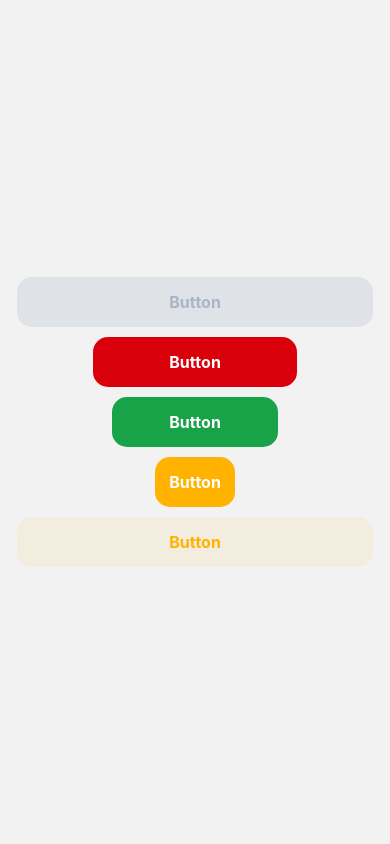
Repository: hungdomanh95/setuptheme
Screen: /
These files come from the project's save history. The screen is drawn as it stood at one moment and after the next save; the edit follows.
The app was drawn by React Native's web renderer in a window 390 px wide. The project was rebuilt for these pictures with package versions that can differ from the ones it lists, and the page was loaded fresh each time. Also part of the build but not shown: src/components/Fade/index.js, src/components/Slide/index.js.

Above is the screen before, as saved 2022-05-17 11:56:59.

### App.js
import {View, Text} from 'react-native';
import React from 'react';
import RootNavigation from './src/navigation/rootNavigation';

const App = () => {
  return <RootNavigation />;
};

export default App;

### src/navigation/rootNavigation.js
import React from 'react'
import {NavigationContainer} from '@react-navigation/native';
import {createNativeStackNavigator} from '@react-navigation/native-stack';
import {
  HomeScreen,
} from '../screens';
import { SafeAreaProvider } from 'react-native-safe-area-context';

const Stack = createNativeStackNavigator();
const RootNavigation = () => {
  const screenOptions = {
    headerTransparent: true,
    headerShown: false,
  };
  const stackOption = {
    headerShown: true,
    headerBackTitle: '',
    headerTitle: '',
  };
  return (
    <SafeAreaProvider>
      <NavigationContainer>
        <Stack.Navigator screenOptions={screenOptions}>
          <Stack.Screen name="HomeScreen" component={HomeScreen} />
        </Stack.Navigator>
      </NavigationContainer>
    </SafeAreaProvider>
  );
};

export default RootNavigation;

### src/screens/index.js
import HomeScreen from './HomeScreen';
export {HomeScreen};

### src/screens/HomeScreen/index.js
import {View, Text, StyleSheet} from 'react-native';
import React from 'react';
import {COLOR, shadows} from '../../theme';
import {RNButton} from '../../components';

const HomeScreen = () => {
const hanle = () => {
  console.log("---");
}
  return (
    <View style={styles.container}>
      <RNButton text="Button" type={'primary'} size={'fullsize'} onPress={hanle} disabled={true} />
      <RNButton text="Button" type={'danger'} size={'medium'} />
      <RNButton text="Button" type={'success'} size={'small'} />
      <RNButton text="Button" type={'warning'} size={80} />
      <RNButton text="Button" color={COLOR.neural8} colorText={COLOR.neural} />
    </View>
  );
};

export default HomeScreen;
const styles = StyleSheet.create({
  container: {
    flex: 1,
    justifyContent: 'center',
    alignItems: 'center',
  },
});

### src/theme/index.js
import {StyleSheet, Dimensions} from 'react-native';
const {width, height} = Dimensions.get('window');
const width_design = 375;
export const SIZE = {
  width,
  height,
  spacing: 16,
  icon: 24,
  btn1: (width * 343) / width_design,
  btn2: (width * 196) / width_design,
  btn3: (width * 160) / width_design,
};
export const COLOR = {
  primary: '#002665',
  primary80: "rgba(0, 38, 101, 0.8)",
  primary60: "rgba(0, 38, 101, 0.6)",
  primary40: "rgba(0, 38, 101, 0.4)",
  primary24: "rgba(0, 38, 101, 0.24)",
  primary16: "rgba(0, 38, 101, 0.16)",
  primary8: "rgba(0, 38, 101, 0.08)",
  primary4: "rgba(0, 38, 101, 0.04)",
  secondary: '#2567F9',
  secondary50: '#0077FF',
  secondary40: 'rgba(0, 119, 255, 0.4)',
  secondary24: 'rgba(0, 119, 255, 0.24)',
  secondary16: 'rgba(0, 119, 255, 0.16)',
  secondary8: 'rgba(0, 119, 255, 0.08)',
  white: '#FFFFFF',
  white64: 'rgba(255,255,255,0.64)',
  white40: 'rgba(255,255,255,0.4)',
  white24: 'rgba(255,255,255,0.24)',
  white16: 'rgba(255,255,255,0.16)',
  white8: 'rgba(255,255,255,0.08)',
  white4: 'rgba(255,255,255,0.04)',
  yellow: '#FDBE01',
  yellow80: 'rgba(253, 190, 1, 0.8)',
  yellow40: 'rgba(253, 190, 1, 0.4)',
  yellow16: 'rgba(253, 190, 1, 0.16)',
  red: '#DA000B',
  red80: 'rgba(227, 38, 46, 0.8)',
  red40: 'rgba(227, 38, 46, 0.4)',
  red16: 'rgba(227, 38, 46, 0.16)',
  gray: '#6D7E92',
  gray40: '#7689A2',
  gray24: '#B3BDCB',
  gray16: '#DADFE6',
  gray8: '#F9FAFD',
  green: '#18A348',
  green50: '#25C26E',
  green40: 'rgba(37, 194, 110, 0.4)',
  green24: 'rgba(37, 194, 110, 0.24)',
  neural: '#FFB200',
  neural80: 'rgba(255, 178, 0, 0.8)',
  neural40: 'rgba(255, 178, 0, 0.4)',
  neural24: 'rgba(255, 178, 0, 0.24)',
  neural16: 'rgba(255, 178, 0, 0.16)',
  neural8: 'rgba(255, 178, 0, 0.08)',
  orange: '#F44B02',
  orange80: 'rgba(244, 75, 2, 0.8)',
  orange40: 'rgba(244, 75, 2, 0.4)',
  orange8: '#FFECE3',
  infor: '#0289F4',
  infor80: 'rgba(2, 137, 244, 0.8)',
  infor40: 'rgba(2, 137, 244, 0.4)',
  infor10: 'rgba(2, 137, 244, 0.1)',
};
export const TEXT = StyleSheet.create({
  h1: {
    fontSize: 22,
    lineHeight: 33,
  },
  h2: {
    fontSize: 20,
    lineHeight: 30,
  },
  h3: {
    fontSize: 18,
    lineHeight: 27,
  },
  fz16: {
    fontSize: 16,
    lineHeight: 24,
  },
  fz14: {
    fontSize: 14,
    lineHeight: 21,
  },
  fz12: {
    fontSize: 12,
    lineHeight: 18,
  },
  fz10: {
    fontSize: 10,
    lineHeight: 15,
  },
  bold: {
    fontWeight: '700',
  },
  medium: {
    fontWeight: '500',
  },
  regular: {
    fontWeight: '400',
  },
});
export const shadows = StyleSheet.create({
  sh: {
    backgroundColor: '#FFFFFF',
    shadowColor: 'rgba(0, 38, 101, 0.1)',
    shadowOffset: {
      width: 0,
      height: 2,
    },
    shadowOpacity: 2,
    shadowRadius: 5,
    elevation: 5,
  },
});

### src/components/index.js
import Fade from './Fade';
import Slide from './Slide';
import RNButton from './RNButton';
export {Fade, Slide, RNButton};

### src/components/RNButton/index.js
import {StyleSheet, Text, View,TouchableOpacity} from 'react-native';
import React, {useEffect} from 'react';
import {COLOR, SIZE, TEXT} from '../../theme';

const RNButton = props => {
  const {text, type, size, onPress, disabled} = props;

  const colorBTN = () => {
    let colorBtn;
    if(disabled) colorBtn = COLOR.primary8
    else if (type === 'success') colorBtn = COLOR.green;
    else if (type === 'warning') colorBtn = COLOR.neural;
    else if (type === 'danger') colorBtn = COLOR.red;
    else if (type === 'primary') colorBtn = COLOR.primary;
    else if (props.color) colorBtn = props.color;
    return colorBtn;
  };
  const sizeBTN = () => {
    let sizeBtn = SIZE.btn1;
    if(size === "fullsize") sizeBtn = SIZE.btn1
    else if(size === "medium") sizeBtn = SIZE.btn2
    else if(size === "small") sizeBtn = SIZE.btn3
    else if(typeof size == 'number') sizeBtn = size
    return sizeBtn;
  }
  const colorText = () => {
    let colorText = COLOR.white;
    if(disabled) colorText = COLOR.primary24
    else if(props.colorText) colorText = props.colorText
    return colorText
  }
  const styles = styleWithProps(props, colorBTN(), sizeBTN(),colorText());
  return (
    <TouchableOpacity style={styles.container} onPress={onPress} disabled={disabled}>
      <Text style={styles.text}>{text}</Text>
    </TouchableOpacity>
  );
};

const styleWithProps = (props, color, size, colorText) => {
  return StyleSheet.create({
    container: {
      width:size,
      height: 50,
      justifyContent: 'center',
      alignItems: 'center',
      backgroundColor: color,
      borderRadius: 15,
      marginVertical: 5,
    },
    text: {
      color: colorText,
      ...TEXT.fz16,
      ...TEXT.bold,
    },
  });
};
export default RNButton;

After the next save:
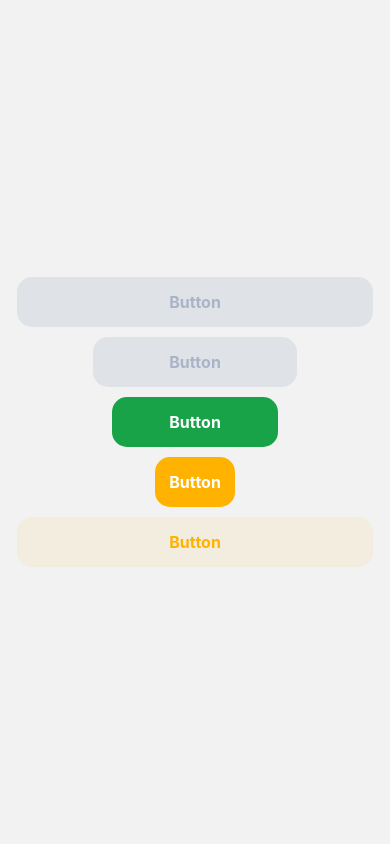
Saved 6 s later.
--- a/src/screens/HomeScreen/index.js
+++ b/src/screens/HomeScreen/index.js
@@ -10,7 +10,7 @@
   return (
     <View style={styles.container}>
       <RNButton text="Button" type={'primary'} size={'fullsize'} onPress={hanle} disabled={true} />
-      <RNButton text="Button" type={'danger'} size={'medium'} />
+      <RNButton text="Button" type={'danger'} size={'medium'} disabled={true} />
       <RNButton text="Button" type={'success'} size={'small'} />
       <RNButton text="Button" type={'warning'} size={80} />
       <RNButton text="Button" color={COLOR.neural8} colorText={COLOR.neural} />

After the save that followed:
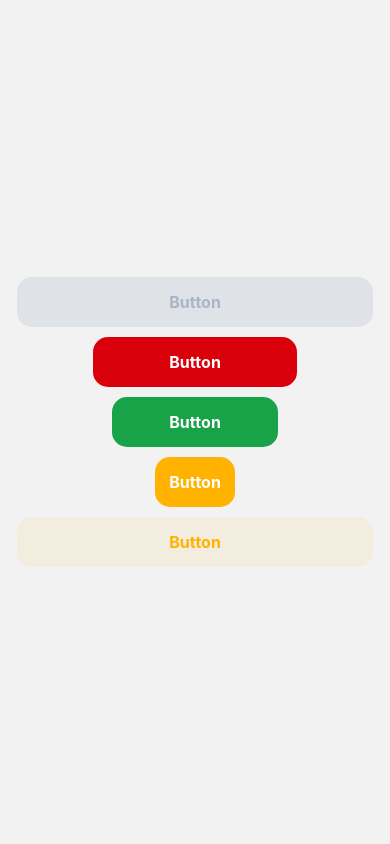
Saved 5 s later.
--- a/src/screens/HomeScreen/index.js
+++ b/src/screens/HomeScreen/index.js
@@ -10,7 +10,7 @@
   return (
     <View style={styles.container}>
       <RNButton text="Button" type={'primary'} size={'fullsize'} onPress={hanle} disabled={true} />
-      <RNButton text="Button" type={'danger'} size={'medium'} disabled={true} />
+      <RNButton text="Button" type={'danger'} size={'medium'} />
       <RNButton text="Button" type={'success'} size={'small'} />
       <RNButton text="Button" type={'warning'} size={80} />
       <RNButton text="Button" color={COLOR.neural8} colorText={COLOR.neural} />
